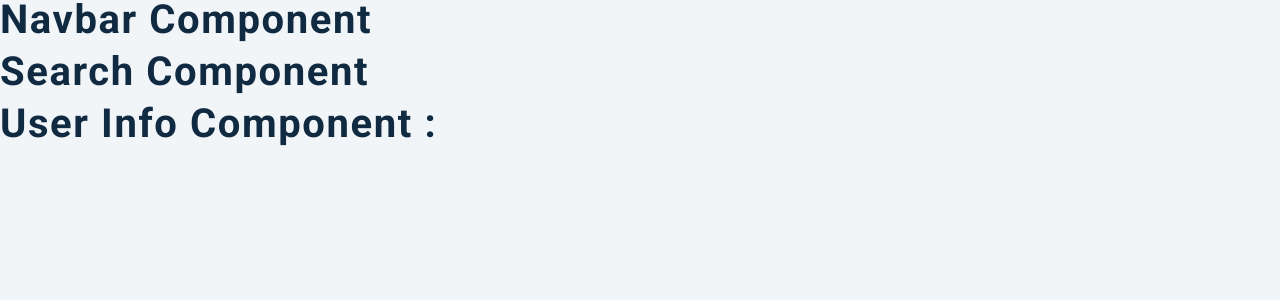
Repository: MateuszWorek/react-search-github-users
Page: /
These files come from the project's save history. The page is drawn as it stood at one moment and after the next save; the edit follows.
The browser window is 1280 px wide. The pictures show the whole page.
The project was rebuilt for these pictures with package versions that can differ from the ones it lists, and the page was loaded fresh each time. Also part of the build but not shown: src/components/Charts/ExampleChart.js, src/components/Charts/Column3D.js, src/components/Charts/Bar3D.js, src/components/Charts/Pie3D.js, src/components/Charts/Doughnut2d.js, src/components/Charts/index.js, src/components/Repos.js, src/components/Card.js and 6 more.

Above is the page before, as saved 2021-01-26 18:48:22.

### src/App.js
import React from 'react';
import { Dashboard, Login, PrivateRoute, AuthWrapper, Error } from './pages';
import { BrowserRouter as Router, Switch, Route } from 'react-router-dom';

function App() {
  return (
    <Router>
      <Switch>
        <Route path="/" exact={ true }>
          <Dashboard></Dashboard>
        </Route>
        <Route path="/login">
          <Login></Login>
        </Route>
        <Route path="*">
          <Error></Error>
        </Route>
      </Switch>
    </Router>
  );
}

export default App;

### src/context/context.js
import React, { useState, useEffect } from 'react';
import mockUser from './mockData.js/mockUser';
import mockRepos from './mockData.js/mockRepos';
import mockFollowers from './mockData.js/mockFollowers';
import axios from 'axios';

const rootUrl = 'https://api.github.com';

const GithubContext = React.createContext();

// Provider, Consumer - GithubContext.Provider

const GithubProvider = ({ children }) => {
    const [githubUser, setGithubUser] = useState(mockUser);
    const [repos, setRepos] = useState(mockRepos);
    const [followers, setFollowers] = useState(mockFollowers);

    return <GithubContext.Provider value={{ githubUser, repos, followers }}>{ children }</GithubContext.Provider>
};
export { GithubProvider, GithubContext };

### src/context/mockData.js/mockUser.js
export default {
  login: 'john-smilga',
  id: 42133389,
  node_id: 'MDQ6VXNlcjQyMTMzMzg5',
  avatar_url: 'https://avatars3.githubusercontent.com/u/42133389?v=4',
  gravatar_id: '',
  url: 'https://api.github.com/users/john-smilga',
  html_url: 'https://github.com/john-smilga',
  followers_url: 'https://api.github.com/users/john-smilga/followers',
  following_url:
    'https://api.github.com/users/john-smilga/following{/other_user}',
  gists_url: 'https://api.github.com/users/john-smilga/gists{/gist_id}',
  starred_url:
    'https://api.github.com/users/john-smilga/starred{/owner}{/repo}',
  subscriptions_url: 'https://api.github.com/users/john-smilga/subscriptions',
  organizations_url: 'https://api.github.com/users/john-smilga/orgs',
  repos_url: 'https://api.github.com/users/john-smilga/repos',
  events_url: 'https://api.github.com/users/john-smilga/events{/privacy}',
  received_events_url:
    'https://api.github.com/users/john-smilga/received_events',
  type: 'User',
  site_admin: false,
  name: 'John Smilga',
  company: 'Coding Addict',
  blog: 'www.johnsmilga.com',
  location: 'Los Angeles',
  email: null,
  hireable: null,
  bio: 'Creator of Coding Addict',
  twitter_username: 'john_smilga',
  public_repos: 152,
  public_gists: 0,
  followers: 1495,
  following: 0,
  created_at: '2018-08-06T06:48:23Z',
  updated_at: '2020-07-08T05:01:32Z',
};

### src/pages/Dashboard.js
import React from 'react';
import { Info, Repos, User, Search, Navbar } from '../components';
import loadingImage from '../images/preloader.gif';
import { GithubContext } from '../context/context';
const Dashboard = () => {
  return (
    <main>
      <Navbar></Navbar>
      <Search></Search>
      <Info></Info>
    </main>
  );
};

export default Dashboard;

### src/components/Info.js
import React from 'react';
import { GithubContext } from '../context/context';
import styled from 'styled-components';
import { GoRepo, GoGist } from 'react-icons/go';
import { FiUser, FiUserPlus } from 'react-icons/fi';

const UserInfo = () => {
  const { githubUser } = React.useContext(GithubContext);
  const { public_repos, followers, following, public_gists} = githubUser;
  const items = [
    {
      id: 1,
      icon: <GoRepo className="icon" />,
      label: 'repos',
      value: public_repos,
      color: 'pink'
    },
    {
      id: 2,
      icon: <FiUser className="icon" />,
      label: 'followers',
      value: followers,
      color: 'green'
    },
    {
      id: 3,
      icon: <FiUserPlus className="icon" />,
      label: 'following',
      value: following,
      color: 'purple'
    },
    {
      id: 4,
      icon: <GoGist className="icon" />,
      label: 'gist',
      value: public_gists,
      color: 'yellow'
    },
  ];

  return <h2>user info component : </h2>;
};

const Wrapper = styled.section`
  display: grid;
  grid-template-columns: repeat(auto-fill, minmax(200px, 1fr));
  gap: 1rem 2rem;
  @media (min-width: 640px) {
    grid-template-columns: repeat(auto-fill, minmax(260px, 1fr));
  }
  .item {
    border-radius: var(--radius);
    padding: 1rem 2rem;
    background: var(--clr-white);
    display: grid;
    grid-template-columns: auto 1fr;
    column-gap: 3rem;
    align-items: center;
    span {
      width: 3rem;
      height: 3rem;
      display: grid;
      place-items: center;
      border-radius: 50%;
    }
    .icon {
      font-size: 1.5rem;
    }
    h3 {
      margin-bottom: 0;
      letter-spacing: 0;
    }
    p {
      margin-bottom: 0;
      text-transform: capitalize;
    }
    .pink {
      background: #ffe0f0;
      color: #da4a91;
    }
    .green {
      background: var(--clr-primary-10);
      color: var(--clr-primary-5);
    }
    .purple {
      background: #e6e6ff;
      color: #5d55fa;
    }
    .yellow {
      background: #fffbea;
      color: #f0b429;
    }
  }
`;

export default UserInfo;

### src/components/Search.js
import React from 'react';
import styled from 'styled-components';
import { MdSearch } from 'react-icons/md';
import { GithubContext } from '../context/context';
const Search = () => {
  return <h2>search component</h2>;
};

const Wrapper = styled.div`
  position: relative;
  display: grid;
  gap: 1rem 1.75rem;
  @media (min-width: 768px) {
    grid-template-columns: 1fr max-content;
    align-items: center;
    h3 {
      padding: 0 0.5rem;
    }
  }
  .form-control {
    background: var(--clr-white);
    display: grid;
    align-items: center;
    grid-template-columns: auto 1fr auto;
    column-gap: 0.5rem;
    border-radius: 5px;
    padding: 0.5rem;
    input {
      border-color: transparent;
      outline-color: var(--clr-grey-10);
      letter-spacing: var(--spacing);
      color: var(--clr-grey-3);
      padding: 0.25rem 0.5rem;
    }
    input::placeholder {
      color: var(--clr-grey-3);
      text-transform: capitalize;
      letter-spacing: var(--spacing);
    }
    button {
      border-radius: 5px;
      border-color: transparent;
      padding: 0.25rem 0.5rem;
      text-transform: capitalize;
      letter-spacing: var(--spacing);
      background: var(--clr-primary-5);
      color: var(--clr-white);
      transition: var(--transition);
      cursor: pointer;
      &:hover {
        background: var(--clr-primary-8);
        color: var(--clr-primary-1);
      }
    }

    svg {
      color: var(--clr-grey-5);
    }
    input,
    button,
    svg {
      font-size: 1.3rem;
    }
    @media (max-width: 800px) {
      button,
      input,
      svg {
        font-size: 0.85rem;
      }
    }
  }
  h3 {
    margin-bottom: 0;
    color: var(--clr-grey-5);
    font-weight: 400;
  }
`;
const ErrorWrapper = styled.article`
  position: absolute;
  width: 90vw;
  top: 0;
  left: 0;
  transform: translateY(-100%);
  text-transform: capitalize;
  p {
    color: red;
    letter-spacing: var(--spacing);
  }
`;
export default Search;

### src/components/Navbar.js
import React from 'react';
import styled from 'styled-components';
import { useAuth0 } from '@auth0/auth0-react';

const Navbar = () => {
  return <h2>navbar component</h2>;
};

const Wrapper = styled.nav`
  padding: 1.5rem;
  margin-bottom: 4rem;
  background: var(--clr-white);
  text-align: center;
  display: grid;
  grid-template-columns: auto auto 100px;
  justify-content: center;
  align-items: center;
  gap: 1.5rem;
  h4 {
    margin-bottom: 0;
    font-weight: 400;
  }
  img {
    width: 35px !important;
    height: 35px;
    border-radius: 50%;
    object-fit: cover;
  }
  button {
    background: transparent;
    border: transparent;
    font-size: 1.2rem;
    text-transform: capitalize;
    letter-spacing: var(--spacing);
    color: var(--clr-grey-5);
    cursor: pointer;
  }
`;

export default Navbar;

Loaded but not shown: public/index.html (common file); src/index.js (common file); src/index.css (common file); src/serviceWorker.js (common file); src/pages/index.js (common file); src/context/mockData.js/mockRepos.js (library); src/components/index.js (common file); src/context/mockData.js/mockFollowers.js (676 lines, source omitted)

After the next save:
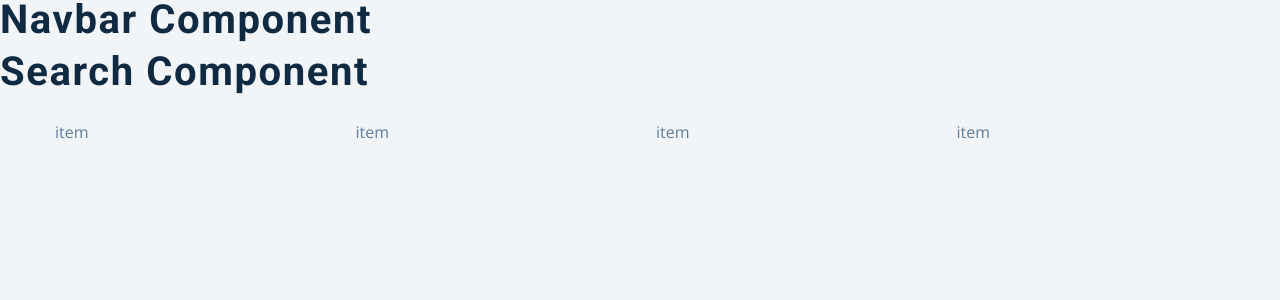
Saved 5 min 23 s later.
--- a/src/components/Info.js
+++ b/src/components/Info.js
@@ -38,7 +38,13 @@ const UserInfo = () => {
     },
   ];
 
-  return <h2>user info component : </h2>;
+  return <section className="section">
+    <Wrapper className="section-center">
+      { items.map(item => {
+        return <p>item</p>
+      }) }
+    </Wrapper>
+  </section>;
 };
 
 const Wrapper = styled.section`
